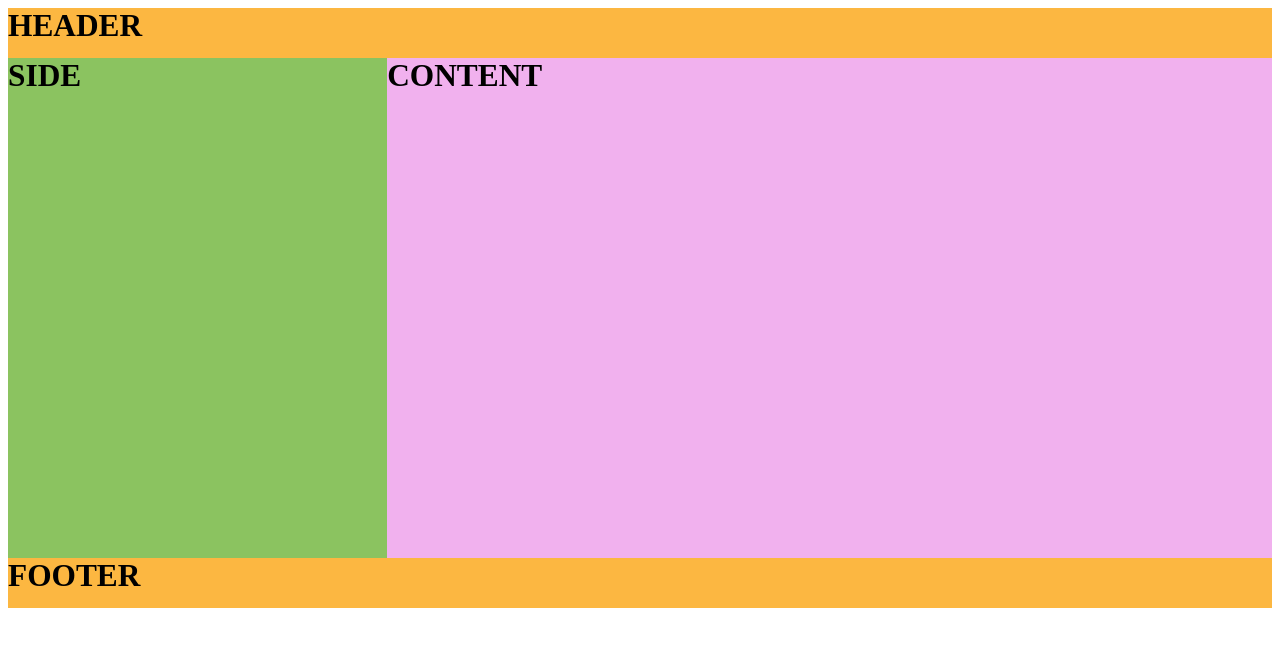
Repository: DuongThanhLong/Basic-responsive-HTML--CSS
Page: Flexbox/index.html
An editor plug-in stored every save of this project. The page is shown before and after the next save, followed by the edit.
The browser window is 1280 px wide. The pictures show the whole page.

Above is the page before, as saved 2021-09-21 18:08:58.

After the next save:
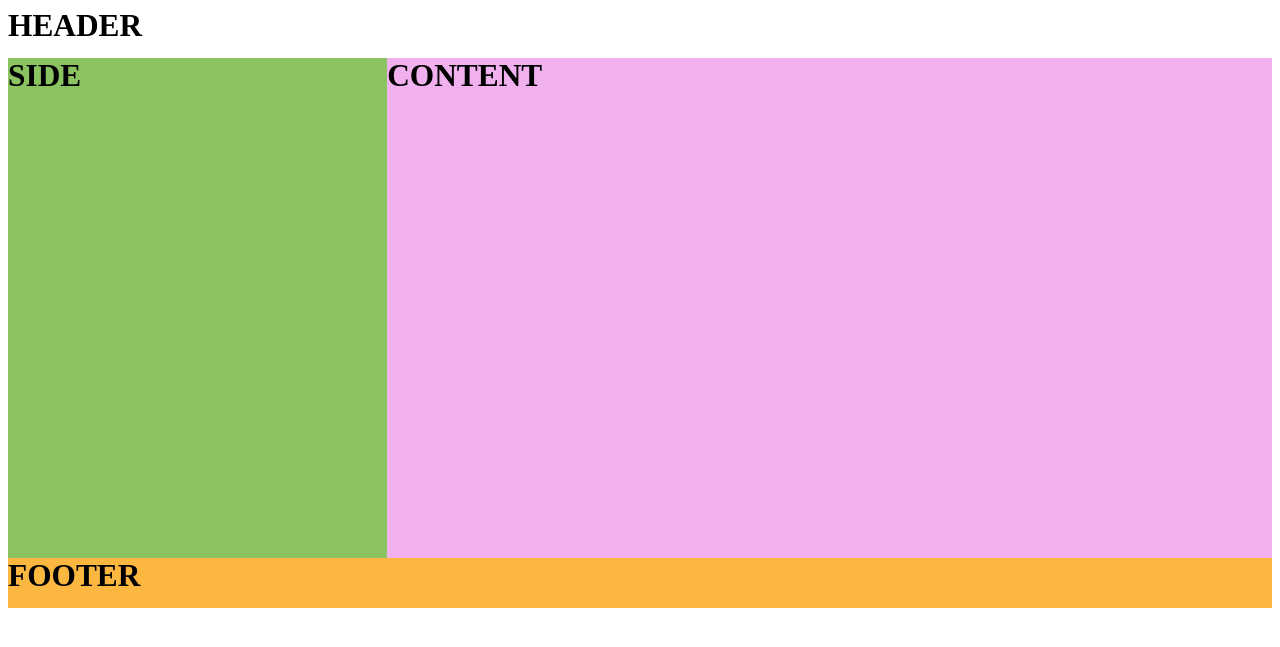
Saved 3 min 50 s later.
--- a/Flexbox/index.html
+++ b/Flexbox/index.html
@@ -14,7 +14,7 @@
 
         header {
             font-weight: bold;
-            background-color: #FCB741;
+            background-color: rgb(red, green, blue);
             height: 50px;
         }
 
